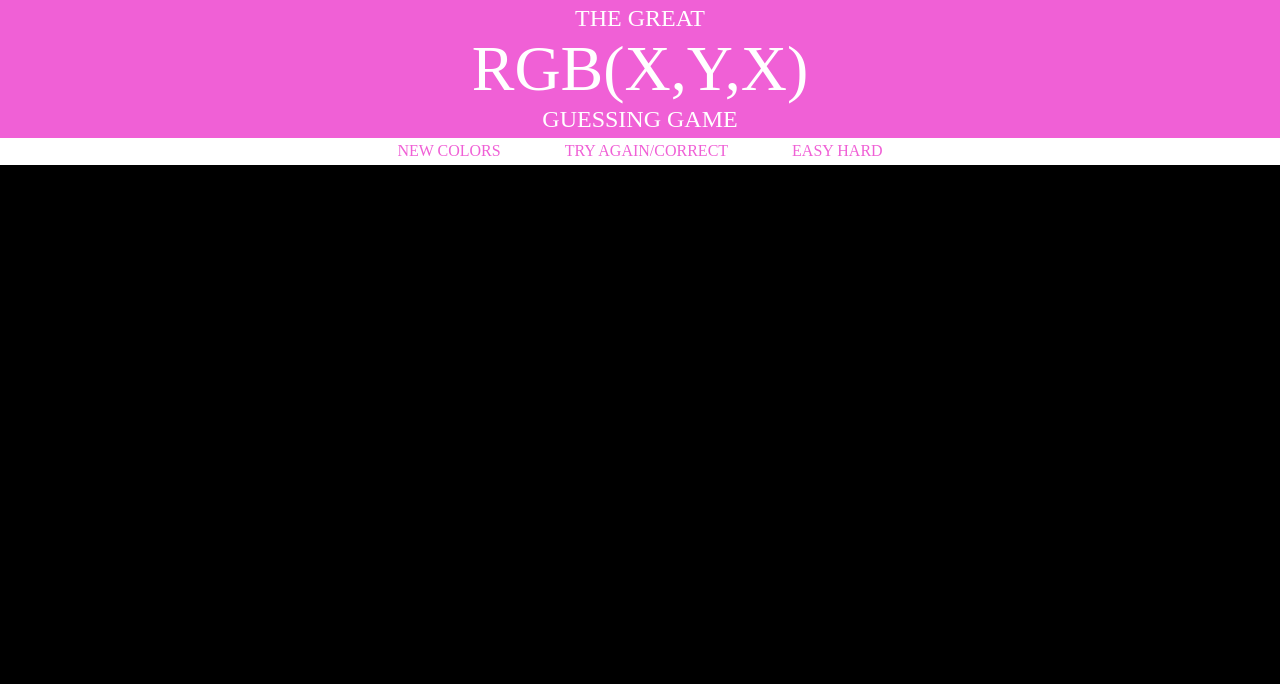
Repository: EEOOOO/javascript-projects
Page: rgbColorGameApp/index.html
These files come from the project's save history. The page is drawn as it stood at one moment and after the next save; the edit follows.
The browser window is 1280 px wide. The pictures show the whole page.

Above is the page before, as saved 2022-07-18 18:41:34.

After the next save:
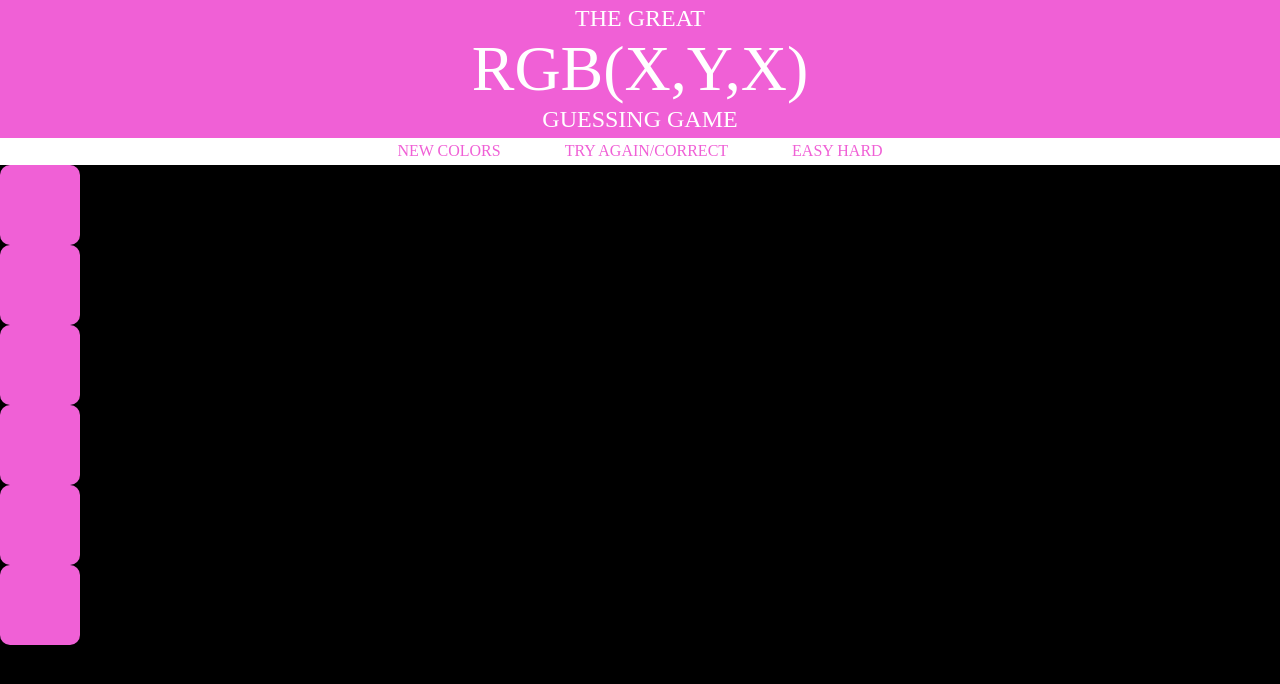
Saved 34 s later.
--- a/rgbColorGameApp/style.css
+++ b/rgbColorGameApp/style.css
@@ -39,7 +39,7 @@ header {
   margin: 0 2rem;
 }
 .colorBox {
-  color: var(--color-now);
+  background-color: var(--color-now);
   width: 5rem;
   height: 5rem;
   border-radius: 10px;
